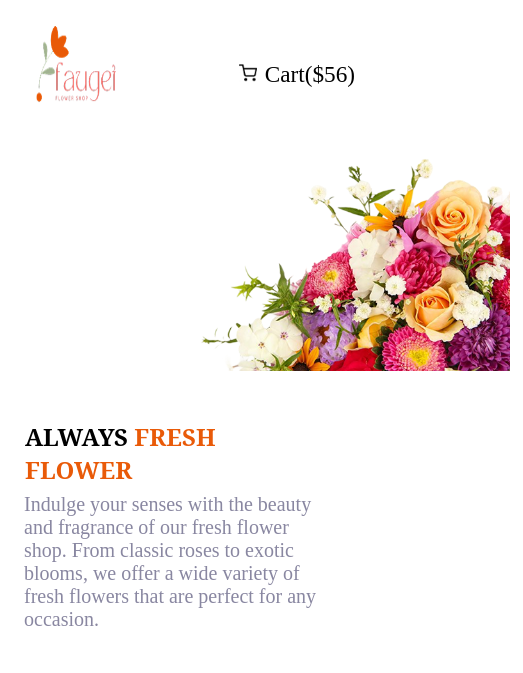
Repository: dollyrakhe22/Flowers-main-website
Page: index.html
These files come from the project's save history. The page is drawn as it stood at one moment and after the next save; the edit follows.
The browser window is 375 px wide. The page is 510 px wide, then 523 px, so the pictures cover 523 px, including what lies to the right of the window. The pictures show the whole page.
Some web libraries are served in a nearby version.

Above is the page before, as saved 2025-07-25 15:17:27.

### index.html
<!DOCTYPE html>
<html lang="en">
<head>
    <meta charset="UTF-8">
    <meta name="viewport" content="width=device-width, initial-scale=1.0">
    <title>Flowers Site</title>
    <link rel="stylesheet" href="style.css">
    <link rel="stylesheet" href="https://cdnjs.cloudflare.com/ajax/libs/font-awesome/7.0.0/css/all.min.css" integrity="sha512-DxV+EoADOkOygM4IR9yXP8Sb2qwgidEmeqAEmDKIOfPRQZOWbXCzLC6vjbZyy0vPisbH2SyW27+ddLVCN+OMzQ==" crossorigin="anonymous" referrerpolicy="no-referrer" />
</head>
<body >
  <!--Header-Section -->
    <header>
           <nav class="nav-bar display-flex">
                <img src="assets/logo.png" alt="" srcset="">

                   <ul class="list-link display-flex ">

                <li class="list-item text-black ">Home</li>
                <li class="list-item text-gray">Shop</li>
                <li class="list-item text-gray">About us</li>
                <li class="shopping"><img src="assets/shopping-cart (1).jpg"id="shopping-card" alt="" srcset=""width="15px" height="15px">Cart($56)</li>
             </ul>
           </nav>
           </header>
   <main>
  <!--Fresh Flowers-->
   <!---->
 <section class="flower-section display-flex">
  <div class="fresh-flower">
   <h1 class="flower-title noto-serif-normal">ALWAYS <span class="primary-color">FRESH<br> FLOWER</span></h1>
   <p class="flower-description text-gray">Indulge your senses with the beauty and fragrance of our fresh flower shop. From classic roses to exotic blooms,
     we offer a wide variety of fresh flowers that are perfect for any occasion. </p>
  </div>
  <div class="flower-img">
    <img src="assets/hero-flower.png" alt="" srcset="">
  </div>

 </section>
 <!--Plants--
<section class="plants-section" >

    <h1 class="plant-title noto-serif-normal"><span class="primary-color">Our</span> Plants</h1>
      and fragrance  of our fresh flower shop. <span style="display: block;"> From classic roses to exotic blooms,a wide variety of fresh.</span>
     </p>
</section>
<!--Plant-Card-Container--
<section >
<div class="card-container">
  <div class="plant-card">
    <img src="assets/sample-flower-image.png" alt="" srcset="">
    <h4 class="lily">Lilly Blossom</h4>
    <p class="price">20 USD</p>
    <button class="btn">ADD TO CART</button>
  </div>
  <div class="plant-card">
    <img src="assets/sample-flower-image.png" alt="" srcset="">
    <h3 class="lily">Lilly Blossom</h3>
    <p class="price">20 USD</p>
    <button class="btn">ADD TO CART</button>
  </div>
  <div class="plant-card">
    <img src="assets/sample-flower-image.png" alt="" srcset="">
    <h3 class="lily">Lilly Blossom</h3>
    <p class="price">20 USD</p>
    <button class="btn">ADD TO CART</button>
  </div>
  <div class="plant-card">
    <img src="assets/sample-flower-image.png" alt="" srcset="">
    <h3 class="lily">Lilly Blossom</h3>
    <p class="price">20 USD</p>
    <button class="btn">ADD TO CART</button>
  </div>

<div class="plant-card">
    <img src="assets/sample-flower-image.png" alt="" srcset="">
    <h3 class="lily">Lilly Blossom</h3>
    <p class="price">20 USD</p>
    <button class="btn">ADD TO CART</button>
  </div>
  <div class="plant-card">
    <img src="assets/sample-flower-image.png" alt="" srcset="">
    <h3 class="lily">Lilly Blossom</h3>
    <p class="price">20 USD</p>
    <button class="btn">ADD TO CART</button>
  </div>
  <div class="plant-card">
    <img src="assets/sample-flower-image.png" alt="" srcset="">
    <h3 class="lily">Lilly Blossom</h3>
    <p class="price">20 USD</p>
    <button class="btn">ADD TO CART</button>
  </div>
  <div class="plant-card">
    <img src="assets/sample-flower-image.png" alt="" srcset="">
    <h3 class="lily">Lilly Blossom</h3>
    <p class="price">20 USD</p>
    <button class="btn">ADD TO CART</button>
  </div>

</div>
</section hidden>
<!--Flowers-Lovers--
<section class="flower-plant display-flex">
  <div class="badge-container">
    <img id="badge" src="assets/trusted-badge.png" alt="" srcset="" >
    <img src="assets/flower-store.png" alt="" srcset="">
  </div>
  <div class="plan-about">
    <h1 class="lover-title noto-serif-normal">Flowers and Plant Lovers</h1>
    <ul class="lover-description">
      <li class="text-gray">Indulge your senses with the beauty and fragrance of our fresh flower shop.
         From classic roses to exotic blooms, we offer a wide variety of fresh.</li>
      <li class="text-gray">Indulge your senses with the beauty and fragrance of our fresh flower shop.
         From classic roses to exotic blooms, we offer a wide variety of fresh.</li>
      <li class="text-gray">Indulge your senses with the beauty and fragrance of our fresh flower shop.
         From classic roses to exotic blooms, we offer a wide variety of fresh.</li>
    </ul>
  </div>
</section>
<!--Latest-Deals--
<section class="latest-section"  hidden>

    <h1 class="latest-title noto-serif-normal"><span class="primary-color">Latest</span> Deals</h1>
    <p class="latest-description text-gray">Indulge your senses with the beauty
      and fragrance  of our fresh flower shop. <span style="display: block;"> From classic roses to exotic blooms,a wide variety of fresh.</span>
     </p>
</section>
<!--Latest-Deals-Box--
 <section class ="latest-box" hidden>
  <div class="row">
    <div class="card" style="background-image:url(assets/deal-bloom.png) " style="background:#C8C8C8;">
        <div class="bloom-text">
          <h4 class="bloom noto-serif-normal">60% Off | Bloom Plant</h4>
         <a href="shop" class="shop">Shop Now</a>

        </div>
      </div>
    <div class="card" style="background-image:url(assets/deal-ana.png)" >
        <div class="bloom-text">
          <h4 class="bloom noto-serif-normal">60% Off | Bloom Plant</h4>
         <a href="shop" class="shop">Shop Now</a>
        </div>

      </div>
  </div>

  <div class="zabo" style="background-image: url(assets/deal-zabo.png);">
  <div class="zabo-text">
    <h1 class="zabo-title noto-serif-normal">25% Off | Zabo Plant</h1>
    <a href="shop" class="zabo-shop">shop Now</a>

  </div>



</div>

 </section>
<!--Search-Section--
<section hidden>
  <div class="branch">

      <h1 class="branch-title noto-serif-normal">Join the colorful Bunch</h1>
       <div class="wrapper">
      <div class="input-data display-flex">
    <input type="text" name="" id="" placeholder="Write email">

    <button class="search-button">Subscribe</button>

      </div>
  </div>
  </div>
</section>

<!--Footer --
<div class="footer display-flex" hidden>
<div class="footer-section">
 <img src="assets/logo.png" alt="" srcset="">
 <p class="text-gray footer-description">Indulge your senses with the
  <br>beauty and fragrance of our fresh <br>flower shop. </p>
</div class="display-flex">


<div class="footer-list">
  <ul>
   <li class="footer-link text-gray" >Home</li>
   <li class="footer-link text-gray">About us</li>
   <li class="footer-link text-gray">Blog</li>
   <li class="footer-link text-gray">FAQ</li>
   <li class="footer-link text-gray">Contact Us</li>

  </ul>
</div>
<div class="footer-list display-flex icon-list">
<div class=" list">
  <ul>
    <li class="footer-link text-gray">Feature</li>
    <li class="footer-link text-gray">Pricing</li>
    <li class="footer-link text-gray">Privacy Of Policy</li>
    <li class="footer-link text-gray">Terms Of Service</li>
    <li class="footer-link text-gray">Help Center</li>
  </ul>

      <span class="social-icon">
      <img src="assets/icon-linkedin.png" alt="" srcset="" width="30px" height="30px" >
    <img src="assets/icon-twitter.png" alt="" srcset=""  width="30px" height="30px" >
    <img src="assets/icon-facebook.png" alt="" srcset="" width="30px" height="30px" >
    <img src="assets/icon-youtube.png" alt="" srcset="" width="30px" height="30px">
      </span>
  </div>
















</div>



    </main>
    <footer>

    </footer>
</body>
</html>

### style.css
@import url('https://fonts.googleapis.com/css2?family=Noto+Serif:ital,wght@0,100..900;1,100..900&display=swap');

*{
    box-sizing: border-box;
    margin: 0;
    padding: 0;
}

.noto-serif-normal{
  font-family: "Noto Serif", serif;
  font-optical-sizing: auto;
  font-style: normal;

}
/*shared style*/
.display-flex{
    display: flex;
}
/*black*/
.text-black{
    color:#252432;
    font-weight: bold;
}
/*dark 02*/
.text-gray{
    color: #8987A1;
}
.primary-color{
    color:#E95A08;
}
/*navbar start*/
.nav-bar{
   justify-content: space-between;
   margin: 20px auto;
   max-width: 1250px;


}
.list-link{
    justify-items: center;
    justify-content: center;
    align-items: center;



}
nav ul li{
    list-style: none;
    margin-right: 30px;
}
#shopping-card{
    margin-right: 8px;
}
/*Fresh Flower*/
.fresh-flower{
    margin-top: 70px;
}
.flower-section{
    max-width: 100%;
   margin: 140px;
   gap: 10px;
}
.flower-title{
      font-size: 3.75rem;
}
.flower-description{
    font-size: 1.25rem;
    margin-top: 20px;
}
/*Plants*/
.plants-section{
  justify-items: center;

}
.plant-title{
    font-size: 2.18rem;
    font-weight: 700;
}
.plant-description{
    font-size: 1.25rem;
    margin-top: 15px;
   text-align: center;

}
/*Plant-Card-Container*/

.card-container{
    max-width: 1150px;
    margin: 45px auto;
    display: grid;
    grid-template-columns: repeat(4,1fr);
    gap: 5px;
}
.plant-card {
    align-items: center;
    justify-items: center;
}
.lily{
    font-size: 1rem;
    font-weight:200;
    margin-top: 10px;
}
.price{
    font-size: 1.06rem;
    font-weight: bold;
    margin-top: 10px;
}
.btn{
   background-color: #E95A08;
   color:white;
   width: 270px;
   height: 33px;
   border: none;
   margin-top: 16px;
   margin-bottom: 12px;
}
/*Flowers and Lover*/
#badge{
    width: 240px;
    height:240px;
    margin-left: 443px;
    margin-bottom: -122px;
    position: relative;

}
.badge-container{
    margin-top: -147px;
}




.flower-plant{
   max-width: 100%;
    margin: 170px 160px ;
     width: 1250px;

}
.plan-about{
    margin-left: -5px;
    width: 300px;
    margin-right: 268px;
    justify-content: center;
    justify-items: center;


}


.flower-plant img{
    width: 590px;
    height: 450px;
}
.lover-title{
    font-size: 50px;
    width: 470px;
    margin-top: -12px;
    margin-left: 124px;
}
.lover-description{
    font-size: 1.25rem;
    margin-top: 30px;
    margin: 21px;
    width: 400px;
}
.lover-description{
     margin-left: 118px;
}
/*latest-Deals*/
.latest-section{
  justify-items: center;


}
.latest-title{
    font-size: 2.18rem;
    font-weight: 700;
    margin-top: -75px;
}
.latest-description{
    font-size: 1.25rem;
    margin-top: 15px;
   text-align: center;

}

/*Latest-Deals-Box*/
.bloom{
    color: white;
    font-size: 1.2rem;

}
   a{
     color:white;
     font-size: 0.8rem;

}
/*
.zabo-font{
    color:white;
    padding: 180px;
    margin-left: 43px;

}
*/
.zabo-title{
    color: white;
    font-size: 2.06rem;
    font-weight: 700;

}
.card{
   background-repeat: no-repeat;


}
.card {
    text-align: center;
    justify-items: center;
    width: 360px;
    height:163px;
    margin-bottom: 19px;
    margin-left: -105px;
    border-radius: 10px;

}
.zabo {
     background-repeat: no-repeat;
     width: 750px;
     height: 345px;
     margin-left: 20px;
     border-radius: 10px;
}


.row{
   display: grid;
 grid-template-columns: repeat(1,1fr);


}
.zabo-text {
    padding: 180px;
    margin-top:-42px;

}
.zabo-shop{
    font-size: 2rem;
    margin-left:105px;
    font-weight: 800;
}
.bloom-text{
   padding: 65px;
}
.shop{
    font-size: 1.3rem;
    margin-left:10px;
}
.latest-box{
    display: flex;
    margin: 50px 267px;
    width: 1140%;
}
/*Search Section*/
.branch{
    background-image: url(assets/news-letter-bg.png);
    margin-bottom: 50px;
    width: 1490px;
    height:398px;
    background-size: cover;
    text-align: center;
    padding: 170px;

}
.input-data{
   justify-content: center;
}

.branch-title{
    font-size: 2.18rem;
    color: white;
}
.wrapper{
    padding: 22px;

}
.input-data{
    height: 39px;
}
input{
    width: 540px;
}
.search-button{
    background-color:#E95A08;
    color: white;
    border: none;
    width: 130px;
}
/*Footer*/
.footer{
   max-width: 100%;
   margin-bottom: 50px;

}
.footer-section{
    margin: 6px 80px;

}
.footer-description{
    font-size: 1.25rem;
    margin-top: 20px;
}
.footer-list{
    margin: 60px;
    margin-left: 100px;
}
.icon-list{
    display: flex ;
    justify-content: center;

}
.list{
         display: inline-flex;
         gap: 10px;

         margin-left: 110px;
}
.social-icon{
    margin-left: 120px;
}
.footer-list ul li{
       list-style: none;
}
.footer-link{
    line-height: 40px;
    font-size: 1.125rem;
}
.social-icon img{
    margin-right: 25px;
}



/*Responsive media query*/
/*Mobile device */
@media screen and (max-width:576px){
    .nav-bar{
        max-width: 100%;
        margin: 24px auto;
        margin-left: 36px;
    }
    nav img{
        width:80px;
        height: 80px;
    }
   .list-link{
     flex-direction: column;
     align-items: center;
   }
   .list-item{
    display: none;
   }
   .shopping{
       font-size: 1.45rem;
        margin-top: 25px;
        margin-right: 20px;
   }
   li img{
    width: 18px;
    height: 18px;
    max-width: 100%;

   }
   li{
       margin-bottom: 5px;
       margin-top: 50px;
   }
  .flower-section {
       flex-direction: column-reverse;
       margin-top: 40px;

  }
  .flower-img img{
    max-width: 365px;
    margin-left: 5px;


  }
  .flower-title{
    font-size:1.50rem;
    margin: -35px  0px  -13px -115px;
  }
  .flower-description{
    margin-right: -101px;
    margin-left: -116px;
  }

/*Fresh Flower End*/

.plants-section{
    text-align: center;
   justify-items: center;
    margin: -60px;
}
.plant-description{
    width: 400px;

}

}
/*plant section end*
.card-container{
    grid-template-columns: repeat(2,1fr);
    margin-top: 115px;
     max-width: 1150px;
    margin: 45px auto;
}
.plant-card img{
    max-width:300px;
   width: 210px;
   height: 225px;
   margin-top: 50px;
   margin-left: 20px;


}
  .btn{

   width: 200px;
   height: 52px;
   margin-top: 8px;
   margin-bottom: -30px;
   margin-left: 21px;

}
.lily,.price{

}

}

After the next save:
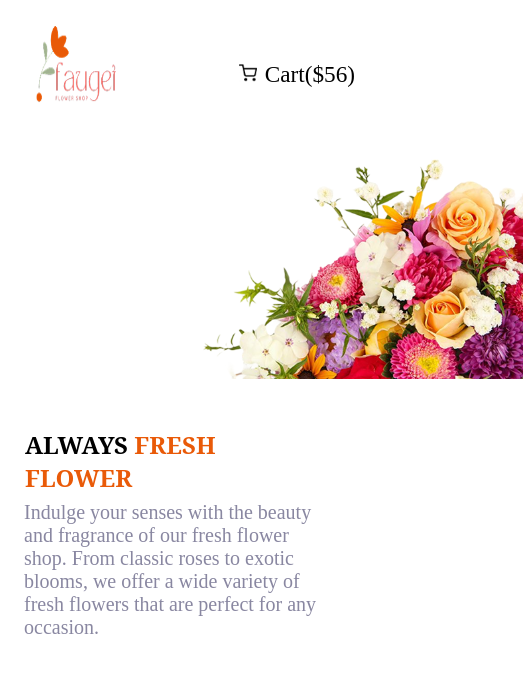
Saved 2 min 4 s later.
--- a/style.css
+++ b/style.css
@@ -381,7 +381,7 @@ input{
 
   }
   .flower-img img{
-    max-width: 365px;
+    max-width: 378px;
     margin-left: 5px;
 
 
